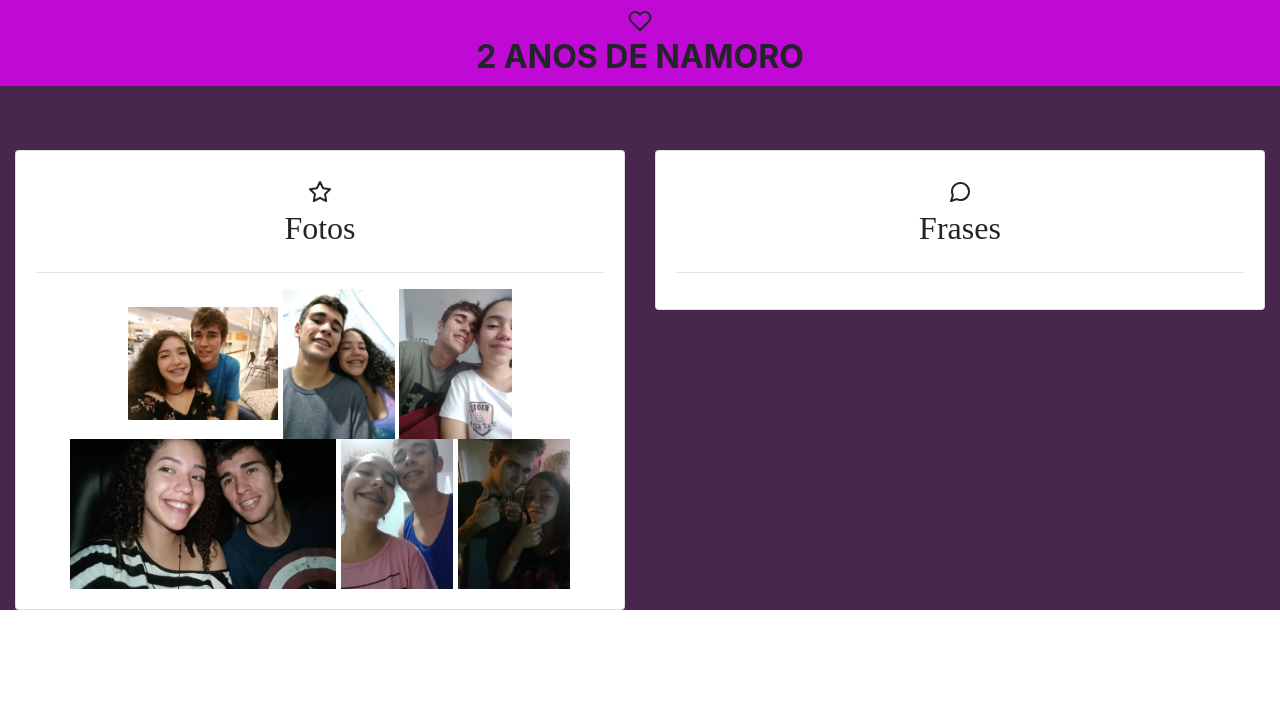
Repository: MeuAmor/meuamor.github.io
Page: index.html
The author's editor kept a copy of each file at every save. The page is drawn from the files as they stood at one save, then again after the next save.
The browser window is 1280 px wide. The pictures show the whole page.

Above is the page before, as saved 2019-08-20 23:07:16.

After the next save:
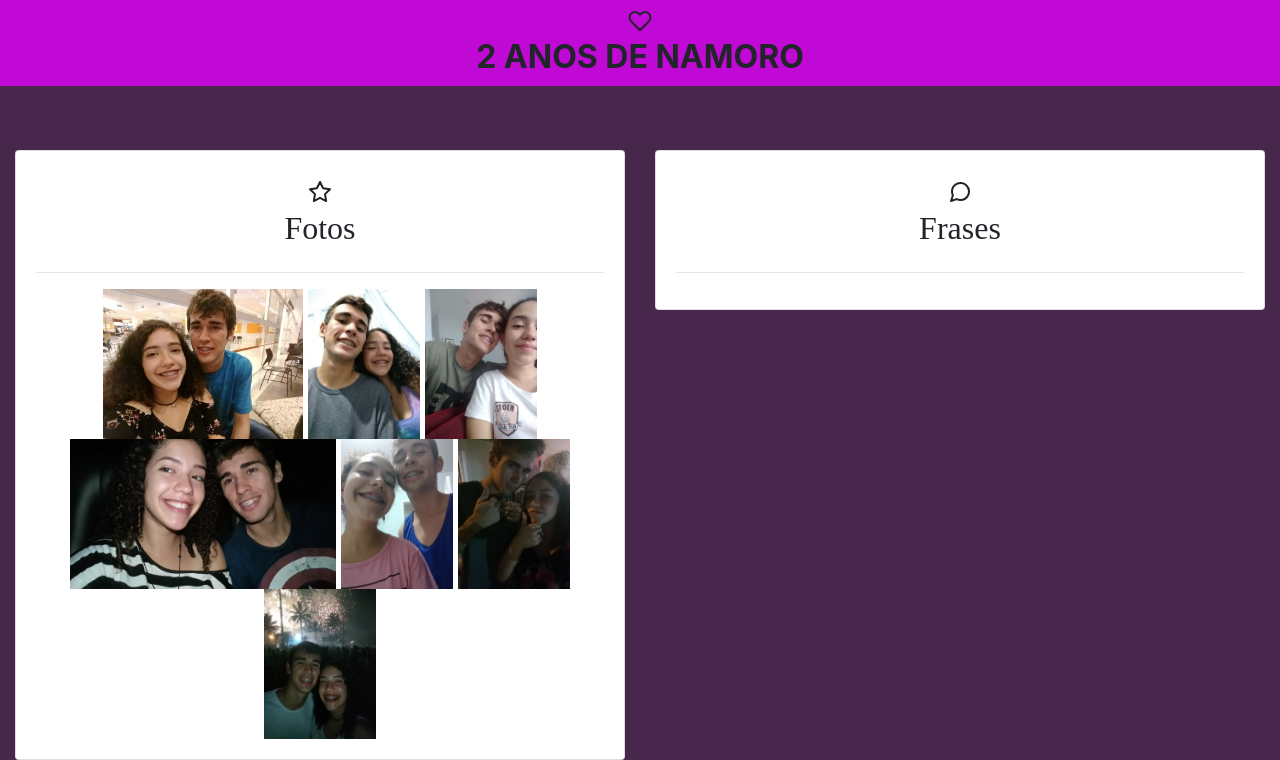
Saved 56 s later.
--- a/index.html
+++ b/index.html
@@ -90,13 +90,13 @@
                 </svg>
                 Primeira foto juntos<br> -->
                 <div class="text-center">
-                    <img src="imagens/primeira_foto.jpg" alt="Primeira Foto" width="150px;">
-                    <!-- <img src="imagens/segunda_foto.jpg" alt="Segunda Foto" height="150px;"> -->
+                    <img src="imagens/primeira_foto.jpg" alt="Primeira Foto" height="150px;">
                     <img src="imagens/terceira_foto.jpg" alt="Terceira Foto" height="150px;">
                     <img src="imagens/quarta_foto.jpg" alt="Quarta Foto" height="150px;">
                     <img src="imagens/2.jpg" alt="" height="150px;">
                     <img src="imagens/3.jpg" alt="" height="150px;">
                     <img src="imagens/4.jpg" alt="" height="150px;">
+                    <img src="imagens/segunda_foto.jpg" alt="Segunda Foto" height="150px;">
                 </div>
                 <!-- <br>
                 <svg xmlns="http://www.w3.org/2000/svg" width="24" height="24" viewBox="0 0 24 24">
